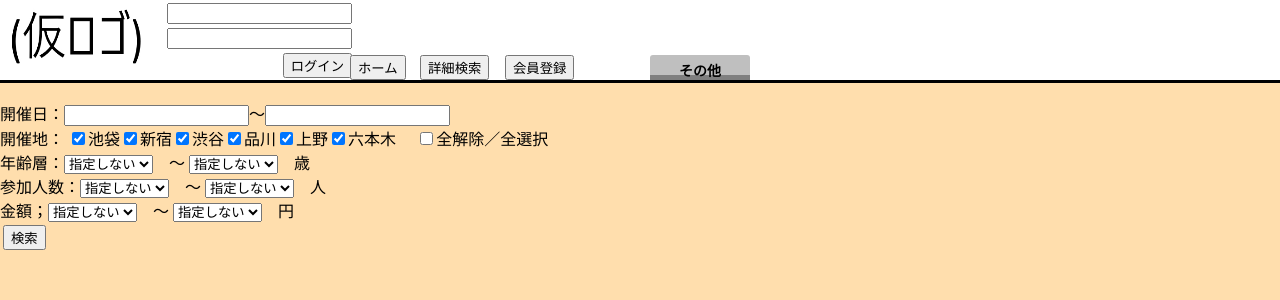
Repository: k0816/backup-master
Page: http://localhost/cycle/partySearchNEW.jsp
An editor plug-in stored every save of this project. The page is shown before and after the next save, followed by the edit.
The browser window is 1280 px wide. The pictures show the whole page.
The page is served by Tomcat 9.

Above is the page before, as saved 2018-01-25 04:24:17.

After the next save:
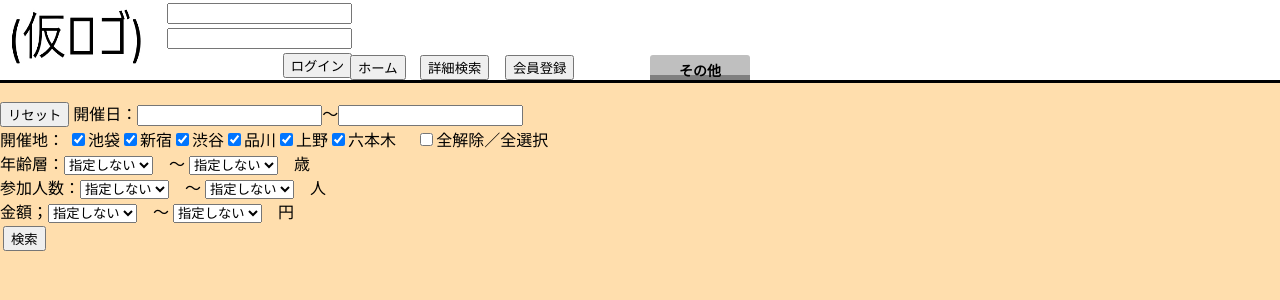
Saved 78 s later.
--- a/cycle/WebContent/partySearchNEW.jsp
+++ b/cycle/WebContent/partySearchNEW.jsp
@@ -49,9 +49,8 @@
 <s:if test="errorMessage!=null">
 	<s:property value="errorMessage"/>
 </s:if>
-
+<input type="reset" name="reset" value="リセット" />
 開催日：<input type="text" id="date1" />～<input type="text" id="date2" />
-
 
 
 <s:form id="form" name="form" action="PartySearchResultAction">

After the save that followed:
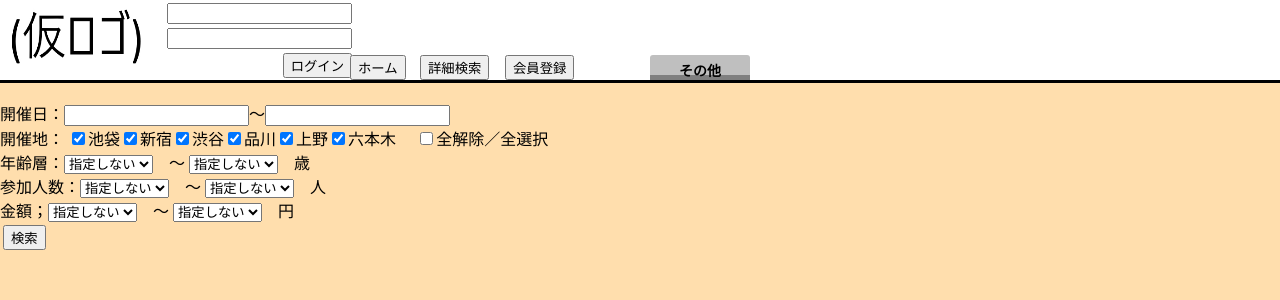
Saved 4 min 7 s later.
--- a/cycle/WebContent/partySearchNEW.jsp
+++ b/cycle/WebContent/partySearchNEW.jsp
@@ -49,7 +49,6 @@
 <s:if test="errorMessage!=null">
 	<s:property value="errorMessage"/>
 </s:if>
-<input type="reset" name="reset" value="リセット" />
 開催日：<input type="text" id="date1" />～<input type="text" id="date2" />
 
 
